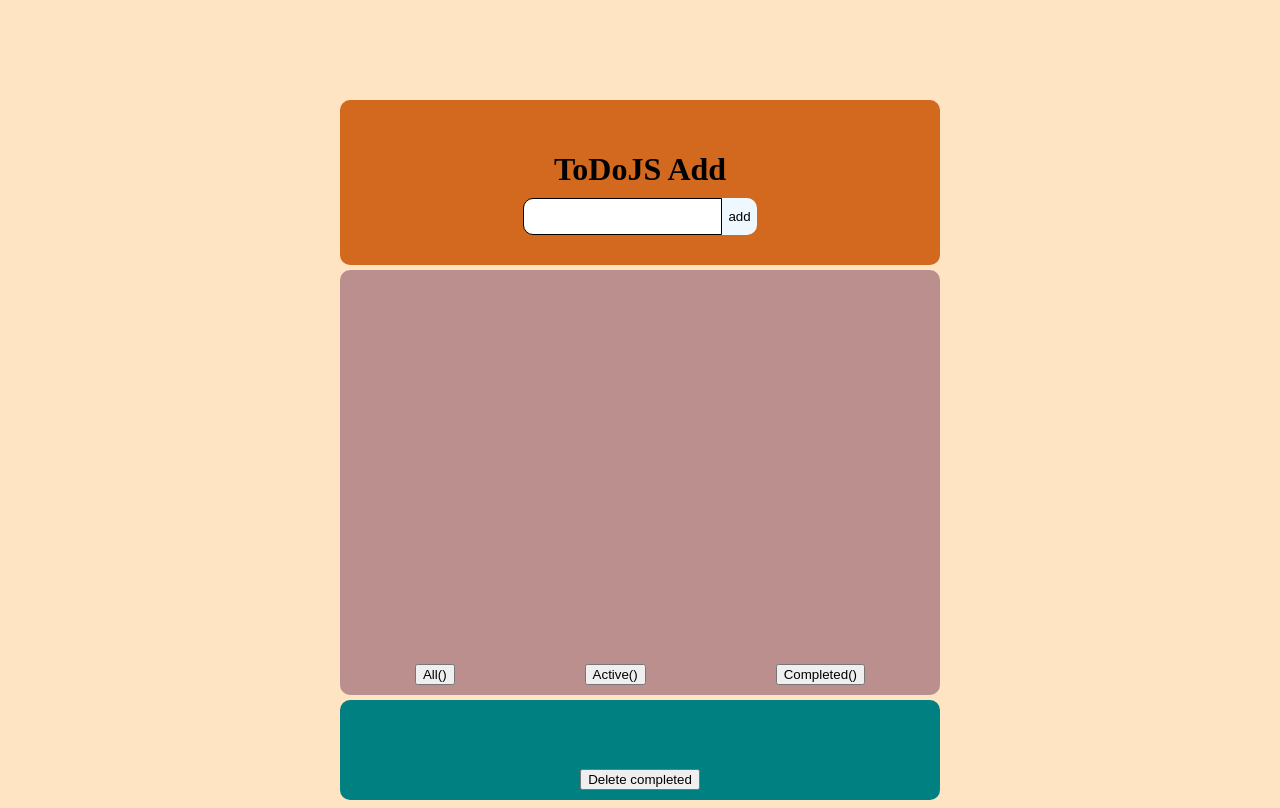
Repository: Savich01/todoTest
Page: index.html
An editor plug-in stored every save of this project. The page is shown before and after the next save, followed by the edit.
The browser window is 1280 px wide. The pictures show the whole page.

Above is the page before, as saved 2024-05-06 10:46:09.

After the next save:
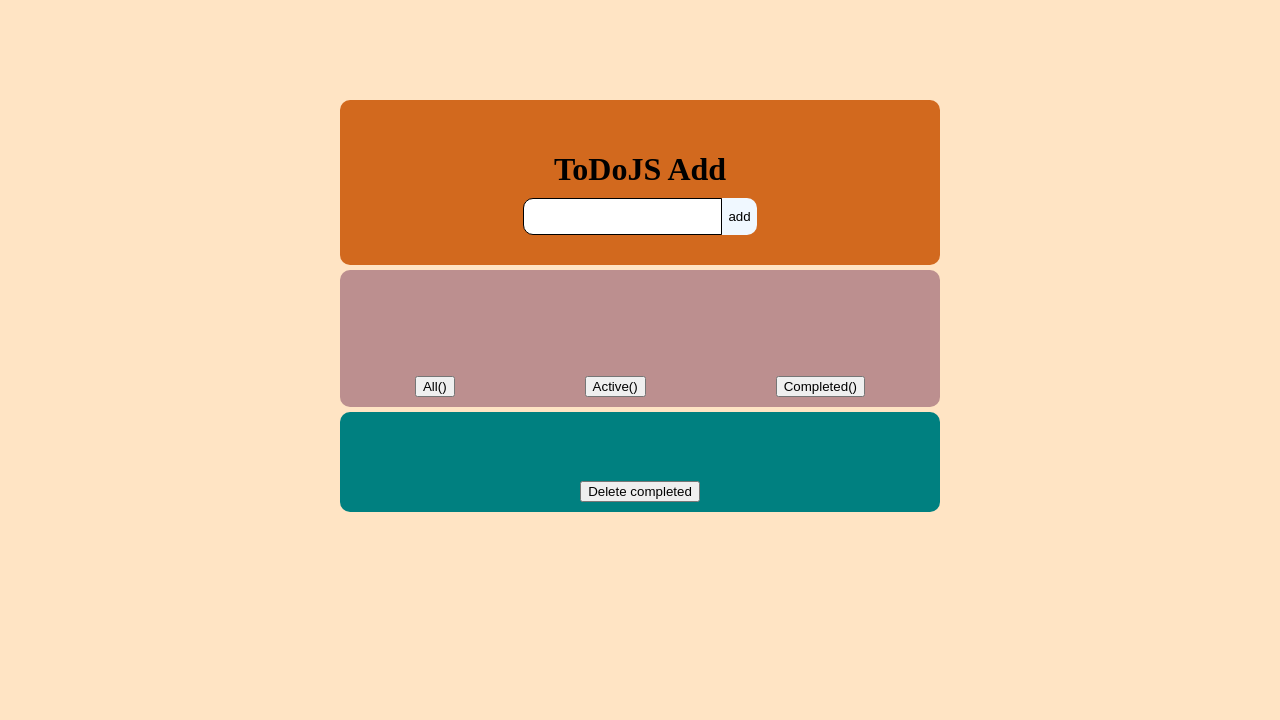
Saved 58 s later.
--- a/index.html
+++ b/index.html
@@ -33,33 +33,7 @@
                 <li class="main-container--list-link"></li>
                </ul>
 
-               <ul class="main-container--list">
-                <li class="main-container--list-link"></li>
-               </ul>
-               <ul class="main-container--list">
-                <li class="main-container--list-link"></li>
-               </ul>
-               <ul class="main-container--list">
-                <li class="main-container--list-link"></li>
-               </ul>
-               <ul class="main-container--list">
-                <li class="main-container--list-link"></li>
-               </ul>
-               <ul class="main-container--list">
-                <li class="main-container--list-link"></li>
-               </ul>
-               <ul class="main-container--list">
-                <li class="main-container--list-link"></li>
-               </ul>
-               <ul class="main-container--list">
-                <li class="main-container--list-link"></li>
-               </ul>
-               <ul class="main-container--list">
-                <li class="main-container--list-link"></li>
-               </ul>
-               <ul class="main-container--list">
-                <li class="main-container--list-link"></li>
-               </ul>
+
 
 
 
